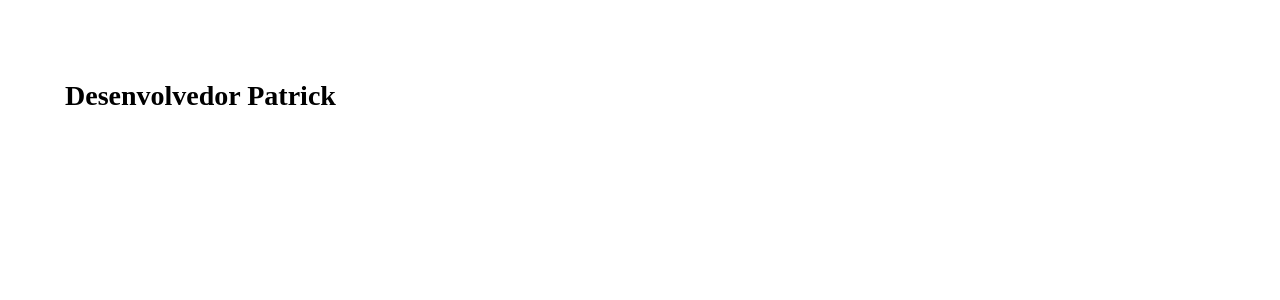
Repository: PatrickAlmeida007/aula1811
Page: index.html
An editor plug-in stored every save of this project. The page is shown before and after the next save, followed by the edit.
The browser window is 1280 px wide. The pictures show the whole page.

Above is the page before, as saved 2023-11-18 14:44:58.

After the next save:
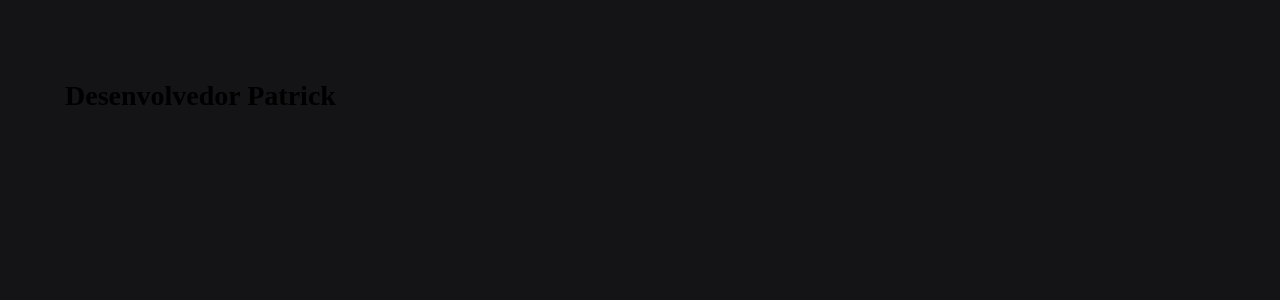
Saved 4 s later.
--- a/style.css
+++ b/style.css
@@ -30,7 +30,7 @@ footer, header, hgroup, menu, nav, section {
 }
 body {
 	line-height: 1;
-    background: rgb(20, 20, )
+    background: rgb(20, 20, 22 )
 }
 ol, ul {
 	list-style: none;
